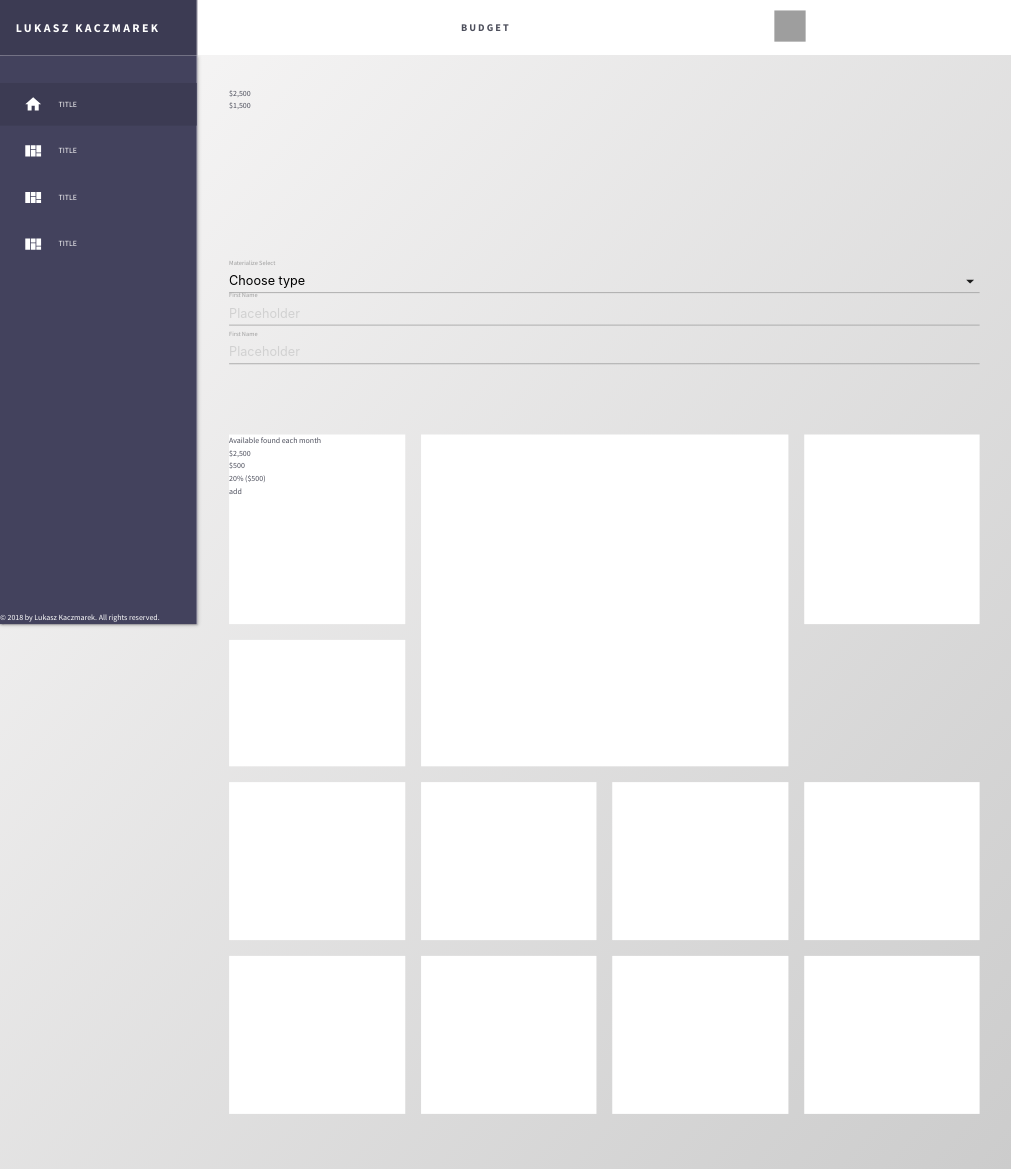
Repository: Archezi/BudgetApplication
Page: index.html
These files come from the project's save history. The page is drawn as it stood at one moment and after the next save; the edit follows.
The browser window is 1280 px wide. The pictures show the whole page, at 79% of full size.
Pictures or frames that could not be fetched are drawn as grey boxes. The style sheet was rebuilt from its Sass, Less or Tailwind sources for each picture, by a compiler version that may differ from the author's.

Above is the page before, as saved 2018-08-29 20:32:25.

After the next save:
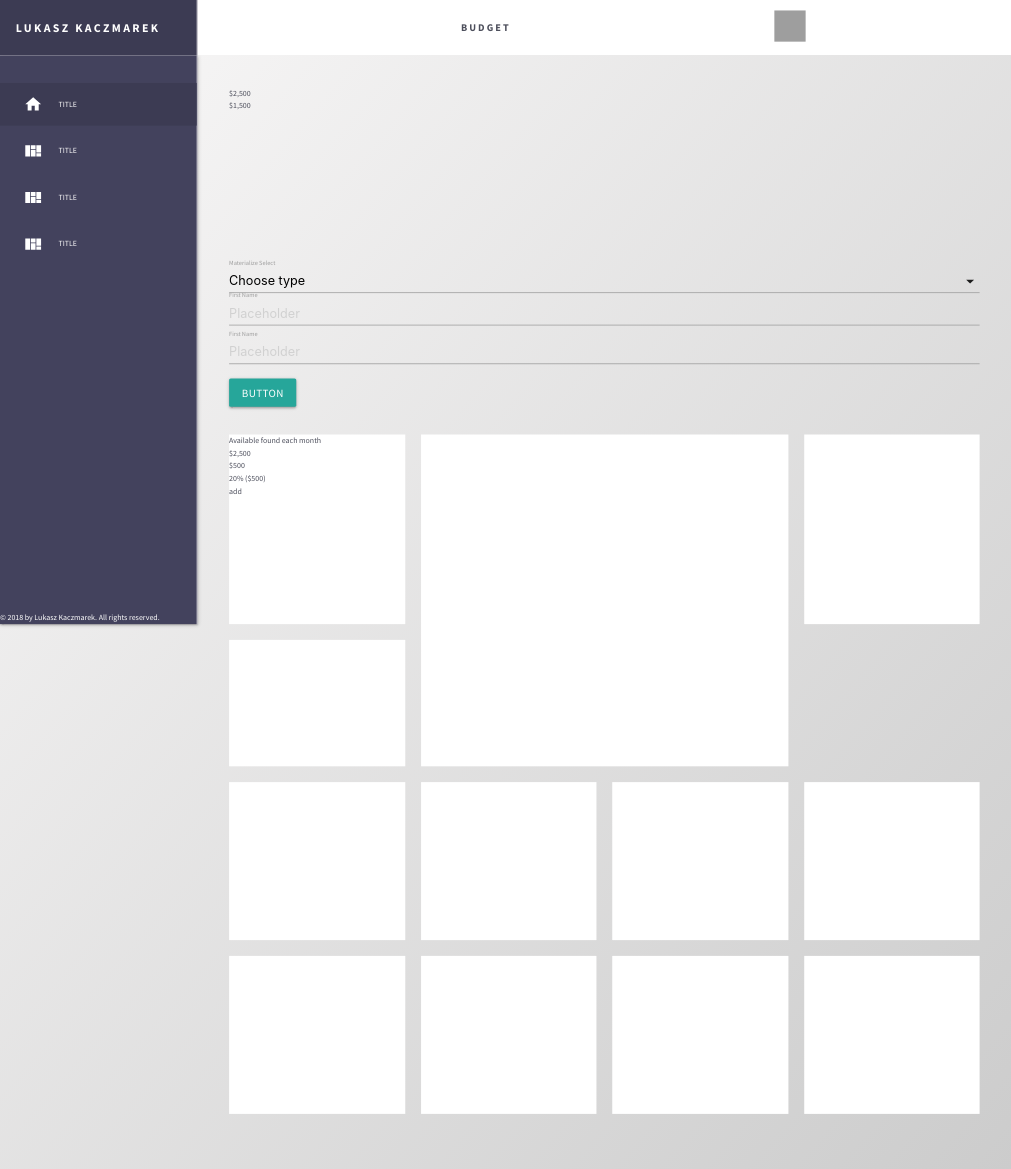
Saved 59 s later.
--- a/index.html
+++ b/index.html
@@ -98,6 +98,7 @@
                         <input placeholder="Placeholder" class="input__value" type="text">
                         <label for="first_name">First Name</label>
                     </div>
+                    <a class="waves-effect waves-light btn">button</a>
 
 
                 </div>
